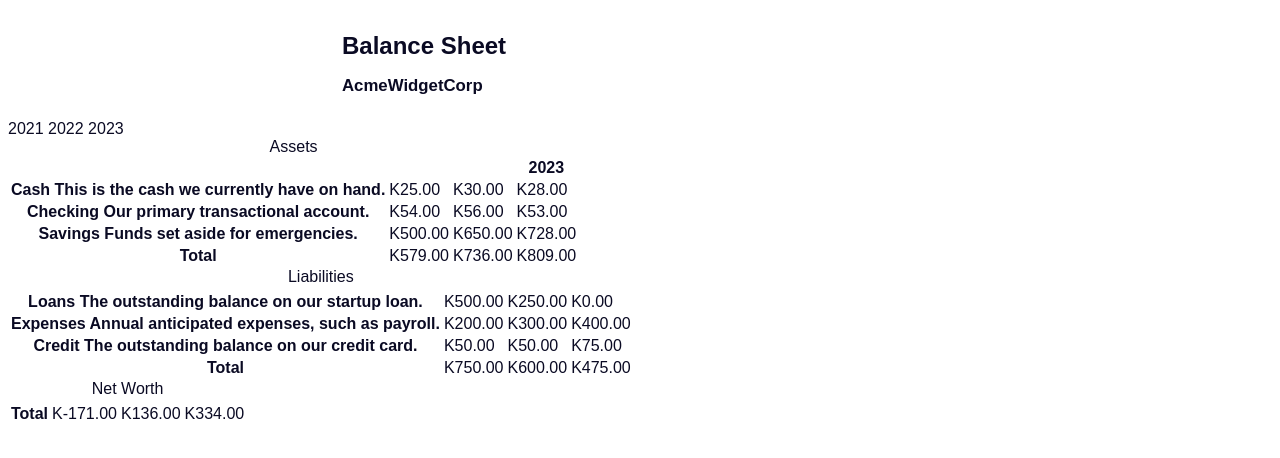
Repository: Lungdjos/balance_shee
Page: index.html
The author's editor kept a copy of each file at every save. The page is drawn from the files as they stood at one save, then again after the next save.
The browser window is 1280 px wide. The pictures show the whole page.

Above is the page before, as saved 2023-10-31 17:39:14.

### index.html
<!DOCTYPE html>
<html lang="en">

<head>
    <meta charset="UTF-8">
    <meta name="viewport" content="width=device-width, initial-scale=1.0">
    <title>Balance Sheet</title>
    <link rel="stylesheet" href="styles.css">
</head>

<body>
    <main>
        <section>
            <h1>
                <span class="flex">
                <span>AcmeWidgetCorp</span>
                <span>Balance Sheet</span>
                </span>
            </h1>
            <div id="years" aria-hidden="true">
                <span class="year">2021</span>
                <span class="year">2022</span>
                <span class="year">2023</span>
            </div>
            <div class="table-wrap">
                <table>
                    <caption>Assets</caption>
                    <thead>
                        <tr>
                            <td></td>
                            <th><span class="sr-only year">2021</span></th>
                            <th><span class="sr-only year">2022</span></th>
                            <th class="current"><span class="current">2023</span></th>
                        </tr>
                    </thead>
                    <tbody>
                        <tr class="data">
                            <th>
                                Cash <span class="description">This is the cash we currently have on hand.</span>
                            </th>
                            <td>K25.00</td>
                            <td>K30.00</td>
                            <td class="current">K28.00</td>
                        </tr>
                        <tr class="data">
                            <th>
                                Checking <span class="description">Our primary transactional account.</span>
                            </th>
                            <td>K54.00</td>
                            <td>K56.00</td>
                            <td class="current">K53.00</td>
                        </tr>
                        <tr class="data">
                            <th>
                                Savings <span class="description">Funds set aside for emergencies.</span>
                            </th>
                            <td>K500.00</td>
                            <td>K650.00</td>
                            <td class="current">K728.00</td>
                        </tr>
                        <tr class="total">
                            <th>
                                Total <span class="sr-only">Assets</span>
                            </th>
                            <td>K579.00</td>
                            <td>K736.00</td>
                            <td class="current">K809.00</td>
                        </tr>
                    </tbody>
                </table>
                <table>
                    <caption>Liabilities</caption>
                    <thead>
                        <tr>
                            <td></td>
                            <th><span class="sr-only">2021</span></th>
                            <th><span class="sr-only">2022</span></th>
                            <th><span class="sr-only">2023</span></th>
                        </tr>
                    </thead>
                    <tbody>
                        <tr class="data">
                            <th>
                                Loans <span class="description">The outstanding balance on our startup loan.</span>
                            </th>
                            <td>K500.00</td>
                            <td>K250.00</td>
                            <td class="current">K0.00</td>
                        </tr>
                        <tr class="data">
                            <th>
                                Expenses <span class="description">Annual anticipated expenses, such as payroll.</span>
                            </th>
                            <td>K200.00</td>
                            <td>K300.00</td>
                            <td class="current">K400.00</td>
                        </tr>
                        <tr class="data">
                            <th>
                                Credit <span class="description">The outstanding balance on our credit card.</span>
                            </th>
                            <td>K50.00</td>
                            <td>K50.00</td>
                            <td class="current">K75.00</td>
                        </tr>
                        <tr class="total">
                            <th>
                                Total <span class="sr-only">Liabilities</span>
                            </th>
                            <td>K750.00</td>
                            <td>K600.00</td>
                            <td class="current">K475.00</td>
                        </tr>
                    </tbody>
                </table>
                <table>
                    <caption>Net Worth</caption>
                    <thead>
                        <tr>
                            <td></td>
                            <th><span class="sr-only">2021</span></th>
                            <th><span class="sr-only">2022</span></th>
                            <th><span class="sr-only">2023</span></th>
                        </tr>
                    </thead>
                    <tbody>
                        <tr class="total">
                            <th>
                                Total <span class="sr-only">Net Worth</span>
                            </th>
                            <td>K-171.00</td>
                            <td>K136.00</td>
                            <td class="current">K334.00</td>
                        </tr>
                    </tbody>
                </table>
            </div>
        </section>
    </main>
</body>

</html>

</html>

</html>

### styles.css
/* general styling */

html {
    box-sizing: border-box;
}

body {
    font-family: sans-serif;
    color: #0a0a23;
}

span[class~="sr-only"] {
    border: 0;
    clip: rect(1px, 1px, 1px, 1px);
    clip-path: inset(50%);
    width: 1px;
    height: 1px;
    overflow: hidden;
    white-space: nowrap;
    position: absolute;
    padding: 0;
    margin: 1px;
}


/* table styling */

h1 {
    max-width: 37.25rem;
    margin: 0 auto;
    padding: 1.5rem 1.25rem;
}

h1 .flex {
    display: flex;
    flex-direction: column-reverse;
    gap: 1rem;
}

h1 .flex span:first-of-type {
    font-size: .7em;
}

h1 .flex span:first-of-type {
    font-size: .7em;
}

After the next save:
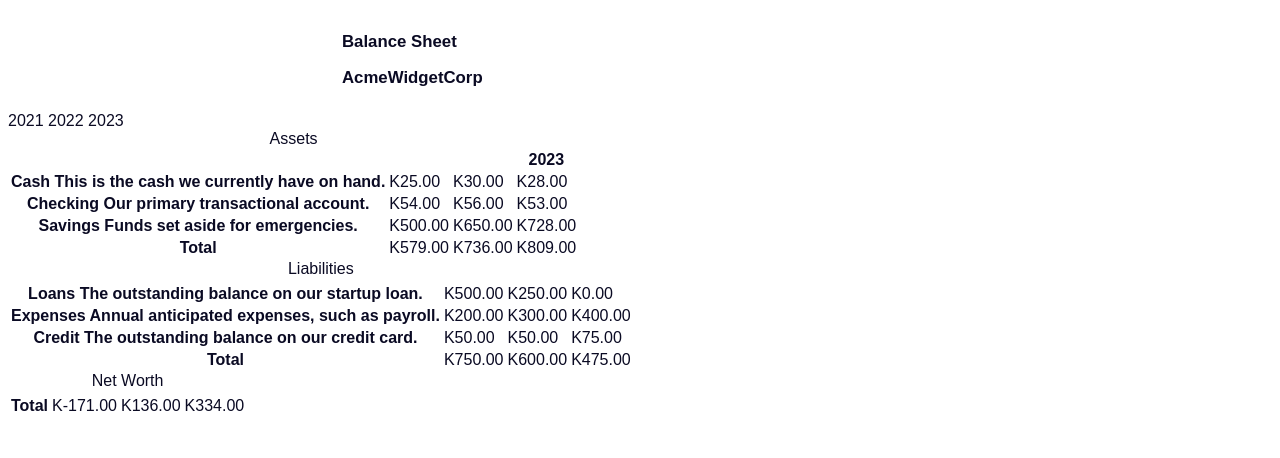
Saved 4 s later.
--- a/styles.css
+++ b/styles.css
@@ -41,6 +41,6 @@ h1 .flex span:first-of-type {
     font-size: .7em;
 }
 
-h1 .flex span:first-of-type {
+h1 .flex span:last-of-type {
     font-size: .7em;
 }
